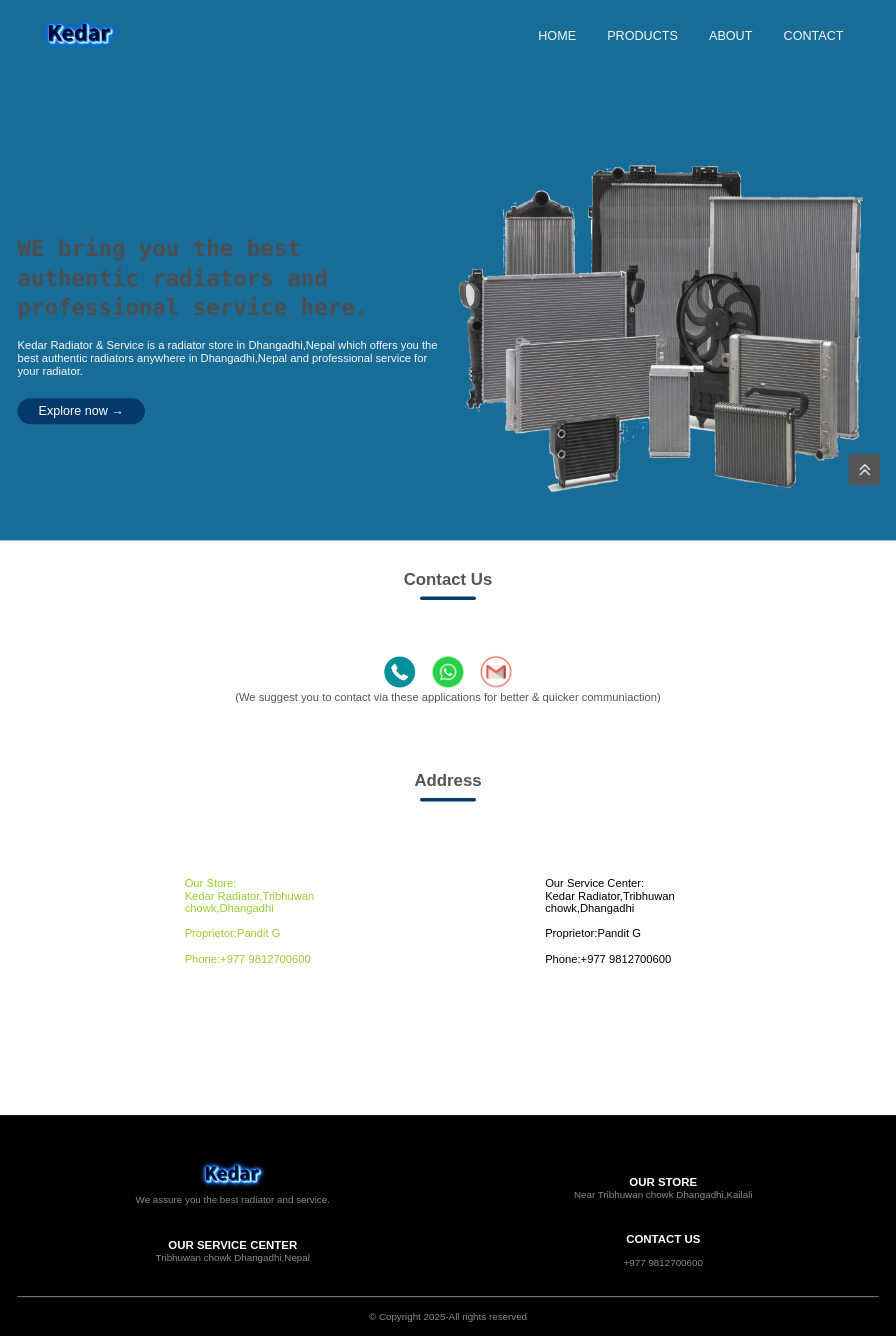
Repository: shyamchand-git/KedarRadiator
Page: contactsfrs.html
An editor plug-in stored every save of this project. The page is shown before and after a run of saves, followed by the edit.
The browser window is 1280 px wide. The pictures show the whole page, at 70% of full size.
Pictures or frames that could not be fetched are drawn as grey boxes. Some web fonts or font styles are not loaded; a fallback is used.

Above is the page before, as saved 2026-02-22 13:30:08.
Console error: TypeError: Cannot read properties of null (reading 'addEventListener')

After the next 2 saves:
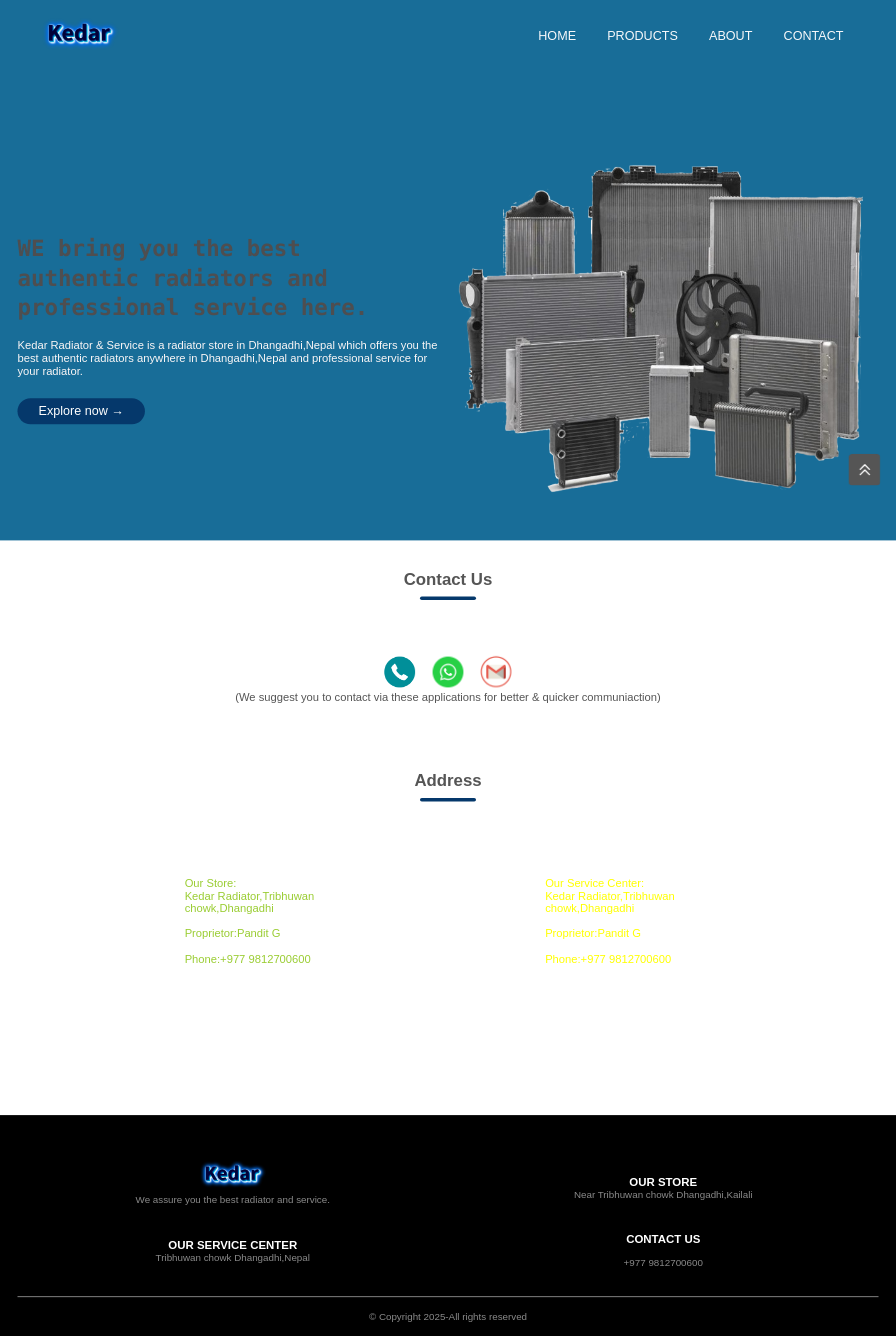
The 2 saves are shown as one change because they came seconds apart.
The last was saved 11 s later.
--- a/contactsfrs.html
+++ b/contactsfrs.html
@@ -148,7 +148,7 @@
             </div>
             <div class="col4">
                 <i class="fas fa-map-marker-alt"></i>
-                <h4 style="color: black;"">
+                <h4 style="color: yellow;"">
                     Our Service Center:
                     <br>
                     Kedar Radiator,Tribhuwan chowk,Dhangadhi
